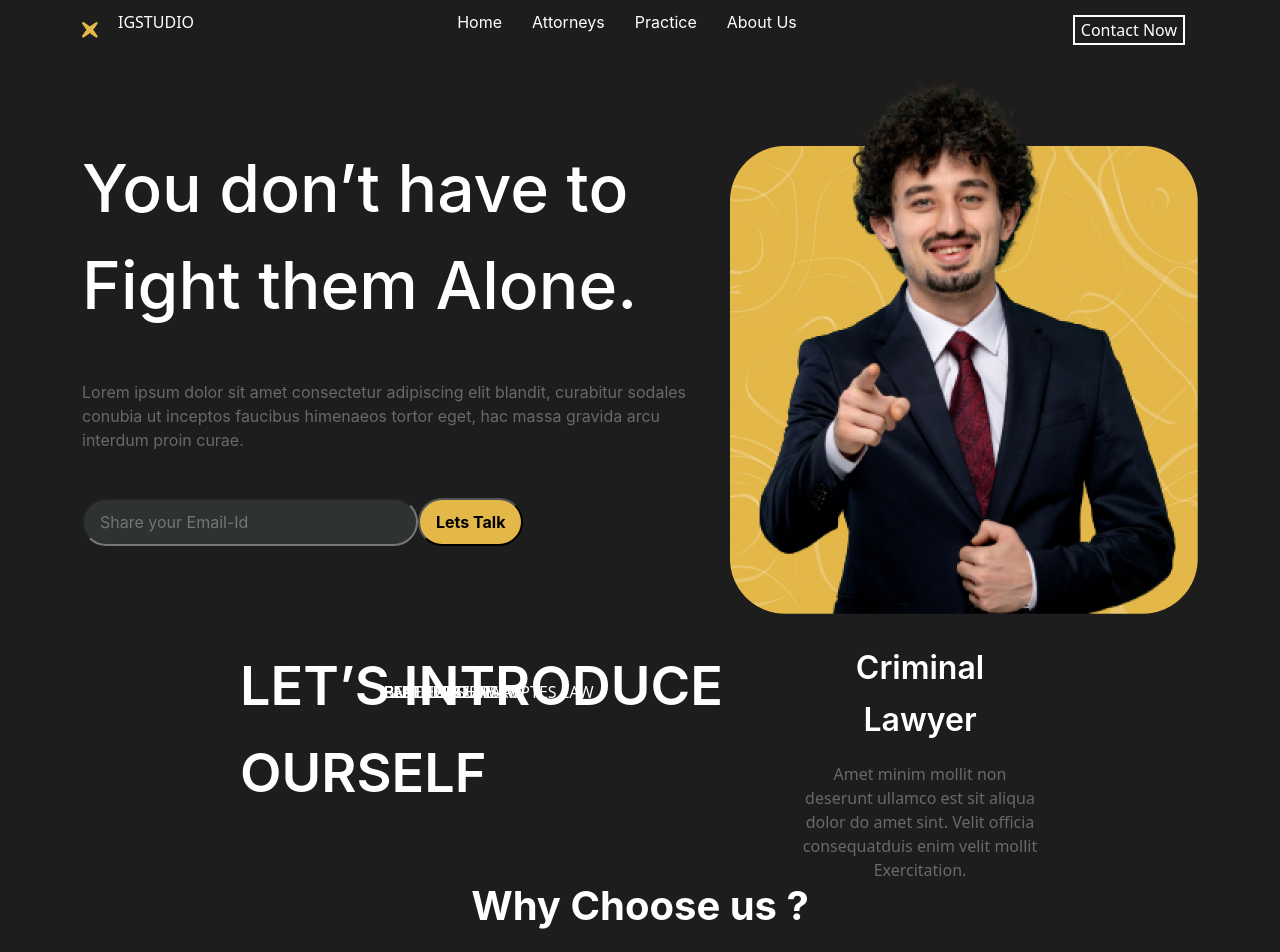
Repository: Senthil-Bala/LawFirm
Page: /
These files come from the project's save history. The page is drawn as it stood at one moment and after a run of saves; the edit follows.
The browser window is 1280 px wide. The pictures show the part of the page from y = 0 to 952 px (the page is 4053 px tall).
The project was rebuilt for these pictures with package versions that can differ from the ones it lists, and the page was loaded fresh each time. Also part of the build but not shown: src/App.css, src/Components/Frequents/Accordionss.css, src/Components/Frequents/Accordionss.jsx.

Above is the page before, as saved 2023-11-29 19:18:52.

After the next 2 saves:
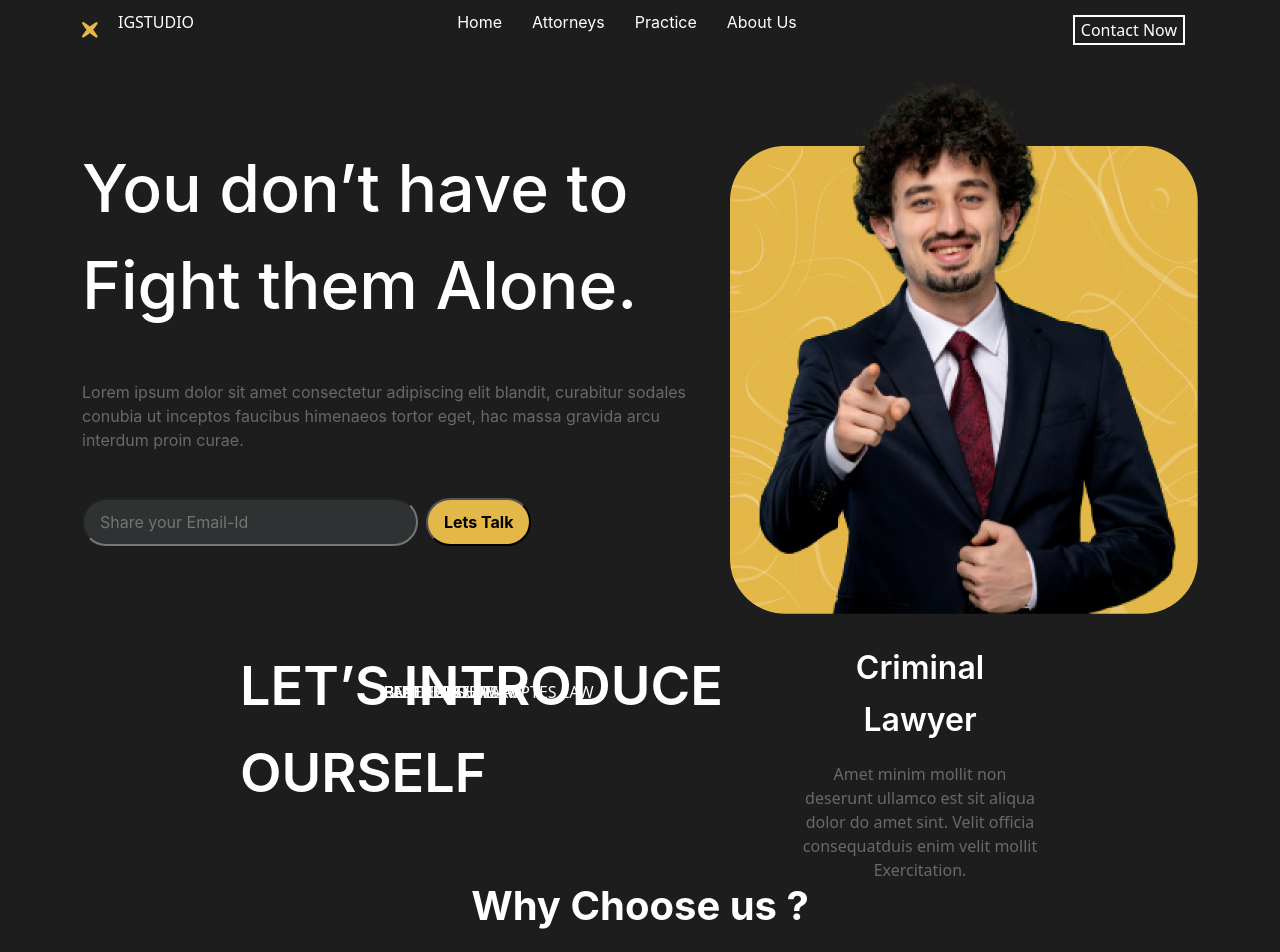
The 2 saves are shown as one change because they came seconds apart.
The last was saved 22 s later.
--- a/src/Components/Heroess/HeroSection.jsx
+++ b/src/Components/Heroess/HeroSection.jsx
@@ -16,7 +16,7 @@ function HeroSection() {
         </p>
         <div className="d-flex">
         <input type="text" placeholder="Share your Email-Id" id="random"/>
-        <button className="inBtn">Lets Talk</button>
+        <button className="inBtn mx-2">Lets Talk</button>
         </div>
       </div>
       <div className="contentRight">
